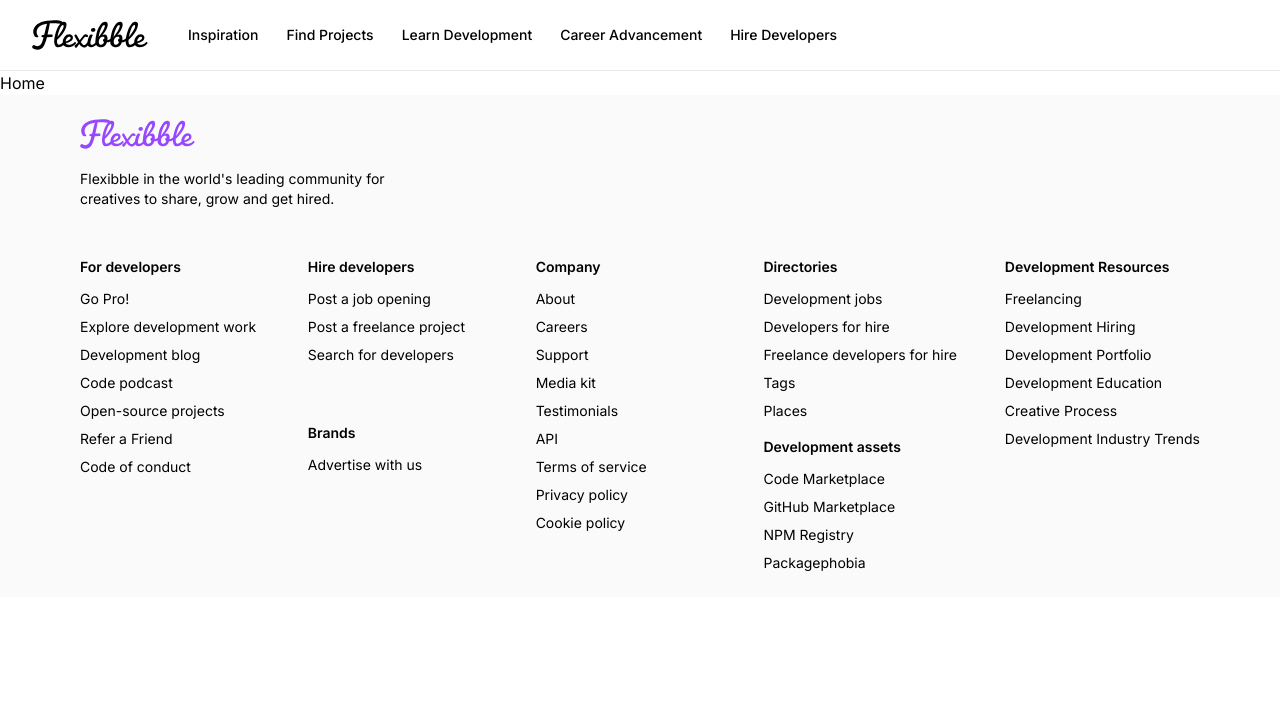
Repository: nazmulislam4/flexibble
Page: /
These files come from the project's save history. The page is drawn as it stood at one moment and after the next save; the edit follows.
The browser window is 1280 px wide. The pictures show the whole page.
The project was rebuilt for these pictures with package versions that can differ from the ones it lists, and the page was loaded fresh each time. The framework's server and built-in components were replaced by stand-ins that run in the browser. Also part of the build but not shown: next.config.mjs, src/components/AuthProvider.tsx.

Above is the page before, as saved 2024-03-12 01:34:36.

### src/app/layout.tsx
import Footer from "@/components/Footer";
import Navbar from "@/components/Navbar";
import "./globals.css";

export const metadata = {
  title: "Flexibble",
  description: "Showcase and discover remarkable developer projects",
};

export default function RootLayout({
  children,
}: {
  children: React.ReactNode;
}) {
  return (
    <html lang="en">
      <body>
        <Navbar />
        <main>{children}</main>
        <Footer />
      </body>
    </html>
  );
}

### src/components/Footer.tsx
import Image from "next/image";
import React from "react";
import FooterColumn from "./FooterColumn";
import { footerLinks } from "@/constants";

const Footer = () => {
  return (
    <footer className="flexStart footer">
      <div className="flex flex-col gap-12 w-full">
        <div className="flex items-start flex-col">
          <Image
            src={"/logo-purple.svg"}
            width={115}
            height={38}
            alt="Flexibble"
          />
          <p className="text-start text-sm font-normal mt-5 max-w-xs">
            Flexibble in the world's leading community for creatives to share,
            grow and get hired.
          </p>
        </div>
        <div className="flex flex-wrap gap-12">
          <FooterColumn
            title={footerLinks[0].title}
            links={footerLinks[0].links}
          />
          <div className="flex-1 flex flex-col gap-4">
            <FooterColumn
              title={footerLinks[1].title}
              links={footerLinks[1].links}
            />
            <FooterColumn
              title={footerLinks[2].title}
              links={footerLinks[2].links}
            />
          </div>
          <FooterColumn
            title={footerLinks[3].title}
            links={footerLinks[3].links}
          />
          <div className="flex-1 flex flex-col gap-4">
            <FooterColumn
              title={footerLinks[4].title}
              links={footerLinks[4].links}
            />
            <FooterColumn
              title={footerLinks[5].title}
              links={footerLinks[5].links}
            />
          </div>
          <FooterColumn
            title={footerLinks[6].title}
            links={footerLinks[6].links}
          />
        </div>
      </div>
    </footer>
  );
};

export default Footer;

### src/components/Navbar.tsx
import { NavLinks } from "@/constants";
import Image from "next/image";
import Link from "next/link";
import React from "react";
import AuthProviders from "./AuthProvider";

const Navbar = () => {
  const session = {};
  return (
    <nav className="flexBetween navbar">
      <div className="flex-1 flexStart gap-10">
        <Link href="/">
          <Image src="/logo.svg" width={116} height={43} alt="logo" />
        </Link>
        <ul className="xl:flex hidden text-small gap-7">
          {NavLinks.map((link) => (
            <Link href={link.href} key={link.text}>
              {link.text}
            </Link>
          ))}
        </ul>
      </div>

      <div className="flexCenter gap-4">
        {session ? <></> : <AuthProviders />}
      </div>
    </nav>
  );
};

export default Navbar;

### src/components/FooterColumn.tsx
import Link from "next/link";
import React from "react";

type ColumnProps = {
  title: string;
  links: Array<string>;
};

const FooterColumn = ({ title, links }: ColumnProps) => {
  return (
    <div className="footer_column">
      <h4 className="font-semibold">{title}</h4>
      <ul className="flex flex-col gap-2 font-normal">
        {links.map((link) => (
          <Link href={"/"}>{link}</Link>
        ))}
      </ul>
    </div>
  );
};

export default FooterColumn;

### tailwind.config.ts
import type { Config } from "tailwindcss";

const config: Config = {
  content: [
    "./src/pages/**/*.{js,ts,jsx,tsx,mdx}",
    "./src/components/**/*.{js,ts,jsx,tsx,mdx}",
    "./src/app/**/*.{js,ts,jsx,tsx,mdx}",
  ],
  theme: {
    extend: {
      colors: {
        "nav-border": "#EBEAEA",
        "light-white": "#FAFAFB",
        "light-white-100": "#F1F4F5",
        "light-white-200": "#d7d7d7",
        "light-white-300": "#F3F3F4",
        "light-white-400": "#E2E5F1",
        "light-white-500": "#E4E4E4",
        gray: "#4D4A4A",
        "gray-100": "#3d3d4e",
        "black-100": "#252525",
        "primary-purple": "#9747FF",
        "gray-50": "#D9D9D9",
      },
      boxShadow: {
        menu: "0px 159px 95px rgba(13,12,34,0.01), 0px 71px 71px rgba(13,12,34,0.02), 0px 18px 39px rgba(13,12,34,0.02), 0px 0px 0px rgba(13,12,34,0.02)",
      },
      screens: {
        xs: "400px",
      },
      maxWidth: {
        "10xl": "1680px",
      },
    },
  },
  plugins: [],
};
export default config;

Loaded but not shown: src/app/page.tsx (common file); src/app/globals.css (common file); src/constants/index.ts (common file)

After the next save:
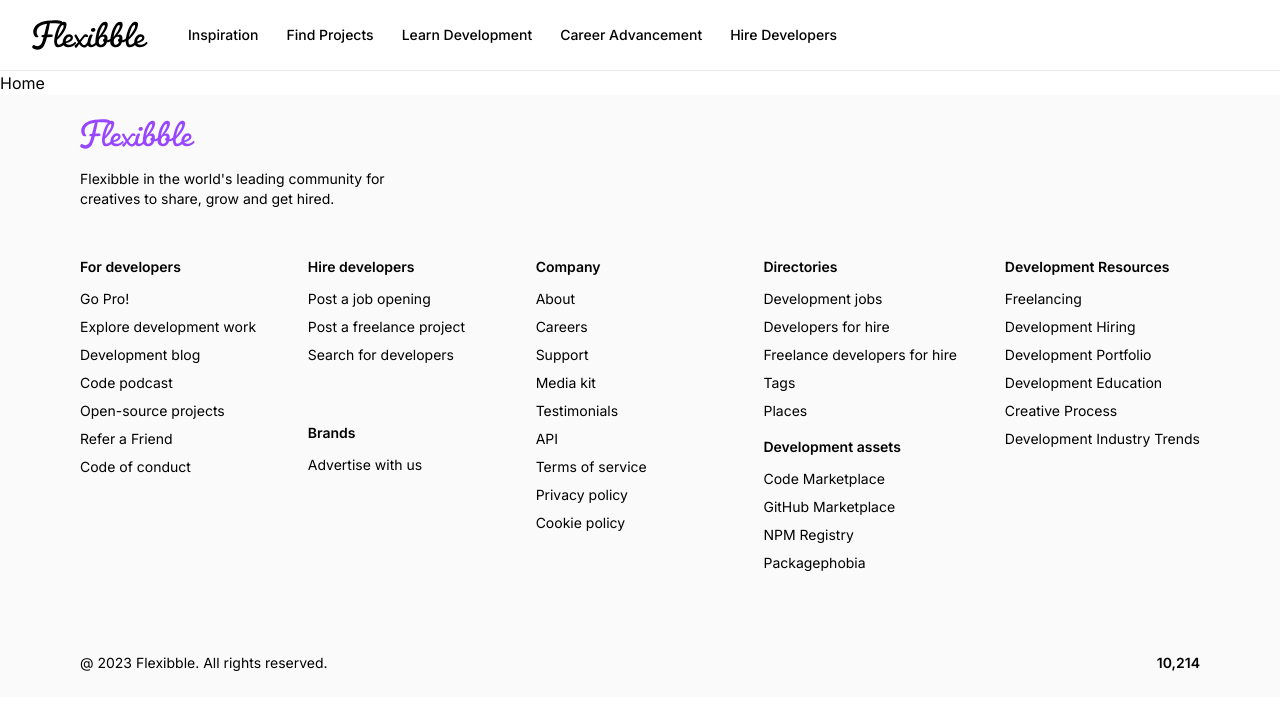
Saved 2 min 10 s later.
--- a/src/components/Footer.tsx
+++ b/src/components/Footer.tsx
@@ -54,6 +54,12 @@
           />
         </div>
       </div>
+      <div className="flexBetween footer_copyright">
+        <p>@ 2023 Flexibble. All rights reserved.</p>
+        <p className="text-gray">
+          <span className="text-black font-semibold">10,214</span>
+        </p>
+      </div>
     </footer>
   );
 };
